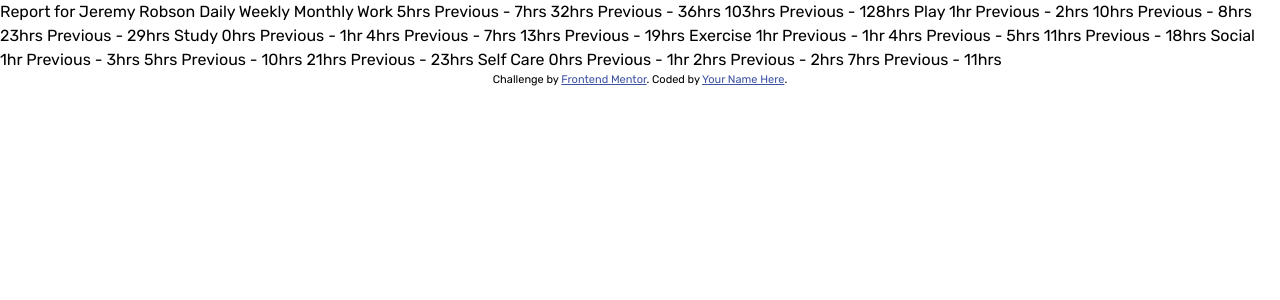
Repository: Akashiii1/WebTimeTracking_Day6
Page: index.html
An editor plug-in stored every save of this project. The page is shown before and after the next save, followed by the edit.
The browser window is 1280 px wide. The pictures show the whole page.

Above is the page before, as saved 2021-12-26 23:21:42.

### index.html
<!DOCTYPE html>
<html lang="en">
<head>
  <meta charset="UTF-8">
  <meta name="viewport" content="width=device-width, initial-scale=1.0"> <!-- displays site properly based on user's device -->

  <link rel="icon" type="image/png" sizes="32x32" href="./images/favicon-32x32.png">

  <title>Frontend Mentor | Time tracking dashboard</title>

  <!-- Feel free to remove these styles or customise in your own stylesheet 👍 -->
  <link rel="stylesheet" href="style.css">
  <style>
    .attribution { font-size: 11px; text-align: center; }
    .attribution a { color: hsl(228, 45%, 44%); }
  </style>
</head>
<body>



  Report for
  Jeremy Robson

  Daily
  Weekly
  Monthly

  Work
  5hrs <!-- daily -->
  Previous - 7hrs <!-- daily -->
  32hrs <!-- weekly -->
  Previous - 36hrs <!-- weekly -->
  103hrs <!-- monthly -->
  Previous - 128hrs <!-- monthly -->

  Play
  1hr <!-- daily -->
  Previous - 2hrs <!-- daily -->
  10hrs <!-- weekly -->
  Previous - 8hrs <!-- weekly -->
  23hrs <!-- monthly -->
  Previous - 29hrs <!-- monthly -->

  Study
  0hrs <!-- daily -->
  Previous - 1hr <!-- daily -->
  4hrs <!-- weekly -->
  Previous - 7hrs <!-- weekly -->
  13hrs <!-- monthly -->
  Previous - 19hrs <!-- monthly -->

  Exercise
  1hr <!-- daily -->
  Previous - 1hr <!-- daily -->
  4hrs <!-- weekly -->
  Previous - 5hrs <!-- weekly -->
  11hrs <!-- monthly -->
  Previous - 18hrs <!-- monthly -->

  Social
  1hr <!-- daily -->
  Previous - 3hrs <!-- daily -->
  5hrs <!-- weekly -->
  Previous - 10hrs <!-- weekly -->
  21hrs <!-- monthly -->
  Previous - 23hrs <!-- monthly -->

  Self Care
  0hrs <!-- daily -->
  Previous - 1hr <!-- daily -->
  2hrs <!-- weekly -->
  Previous - 2hrs <!-- weekly -->
  7hrs <!-- monthly -->
  Previous - 11hrs <!-- monthly -->


  <div class="attribution">
    Challenge by <a href="https://www.frontendmentor.io?ref=challenge" target="_blank">Frontend Mentor</a>.
    Coded by <a href="#">Your Name Here</a>.
  </div>
  <script src="app.js"></script>
</body>
</html>

### style.css
@import url('https://fonts.googleapis.com/css2?family=Rubik:wght@300;400;500&display=swap');
:root{
  --Blue: hsl(246, 80%, 60%);

 --Lightred: hsl(15, 100%, 70%);/*(work)*/
 --Softblue : hsl(195, 74%, 62%);/*(play)*/
 --Lightred : hsl(348, 100%, 68%);/*(study)*/
 --Limegreen : hsl(145, 58%, 55%);/*(exercise)*/
 --Violet: hsl(264, 64%, 52%);/*(social)*/
 --Softorange : hsl(43, 84%, 65%);/*(self care)*/

  --Verydarkblue: hsl(226, 43%, 10%);
  --Darkblue: hsl(235, 46%, 20%);
  --Desaturatedblue: hsl(235, 45%, 61%);
  --PaleBlue: hsl(236, 100%, 87%);
}
*,
*::before,
*::after {
  box-sizing: border-box;
}
body,
h1,
h2,
h3,
h4,
h5,
h6,
p,
figure,
picture {
  margin: 0;
}
body {
  min-height: 100vh;
  line-height: 1.5;
}
input,
button,
select,
textarea {
  font: inherit;
}
img,
picture {
  display: block;
  max-width: 100%;
}
body{
  font-family: 'Rubik', sans-serif;
}
/* remove animation for people who've turned them off */
@media (prefers-reduced-motion: reduce) {
  *,
  *::before,
  *::after {
    animation-duration: 0.01ms !important;
    animation-iteration-count: 1 !important;
    transition-duration: 0.01ms !important;
    scroll-behavior: auto !important;
  }
}

Loaded but not shown: app.js (no stored copy; drawn as an empty file)

After the next save:
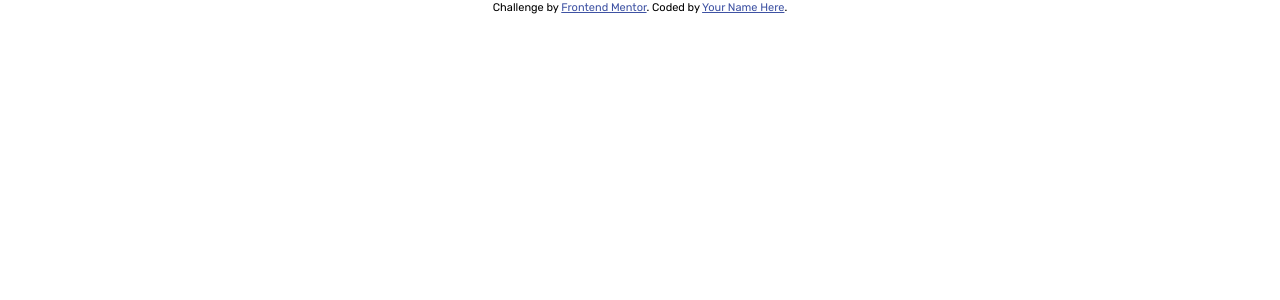
Saved 55 s later.
--- a/index.html
+++ b/index.html
@@ -19,60 +19,6 @@
 
 
 
-  Report for
-  Jeremy Robson
-
-  Daily
-  Weekly
-  Monthly
-
-  Work
-  5hrs <!-- daily -->
-  Previous - 7hrs <!-- daily -->
-  32hrs <!-- weekly -->
-  Previous - 36hrs <!-- weekly -->
-  103hrs <!-- monthly -->
-  Previous - 128hrs <!-- monthly -->
-
-  Play
-  1hr <!-- daily -->
-  Previous - 2hrs <!-- daily -->
-  10hrs <!-- weekly -->
-  Previous - 8hrs <!-- weekly -->
-  23hrs <!-- monthly -->
-  Previous - 29hrs <!-- monthly -->
-
-  Study
-  0hrs <!-- daily -->
-  Previous - 1hr <!-- daily -->
-  4hrs <!-- weekly -->
-  Previous - 7hrs <!-- weekly -->
-  13hrs <!-- monthly -->
-  Previous - 19hrs <!-- monthly -->
-
-  Exercise
-  1hr <!-- daily -->
-  Previous - 1hr <!-- daily -->
-  4hrs <!-- weekly -->
-  Previous - 5hrs <!-- weekly -->
-  11hrs <!-- monthly -->
-  Previous - 18hrs <!-- monthly -->
-
-  Social
-  1hr <!-- daily -->
-  Previous - 3hrs <!-- daily -->
-  5hrs <!-- weekly -->
-  Previous - 10hrs <!-- weekly -->
-  21hrs <!-- monthly -->
-  Previous - 23hrs <!-- monthly -->
-
-  Self Care
-  0hrs <!-- daily -->
-  Previous - 1hr <!-- daily -->
-  2hrs <!-- weekly -->
-  Previous - 2hrs <!-- weekly -->
-  7hrs <!-- monthly -->
-  Previous - 11hrs <!-- monthly -->
 
 
   <div class="attribution">
